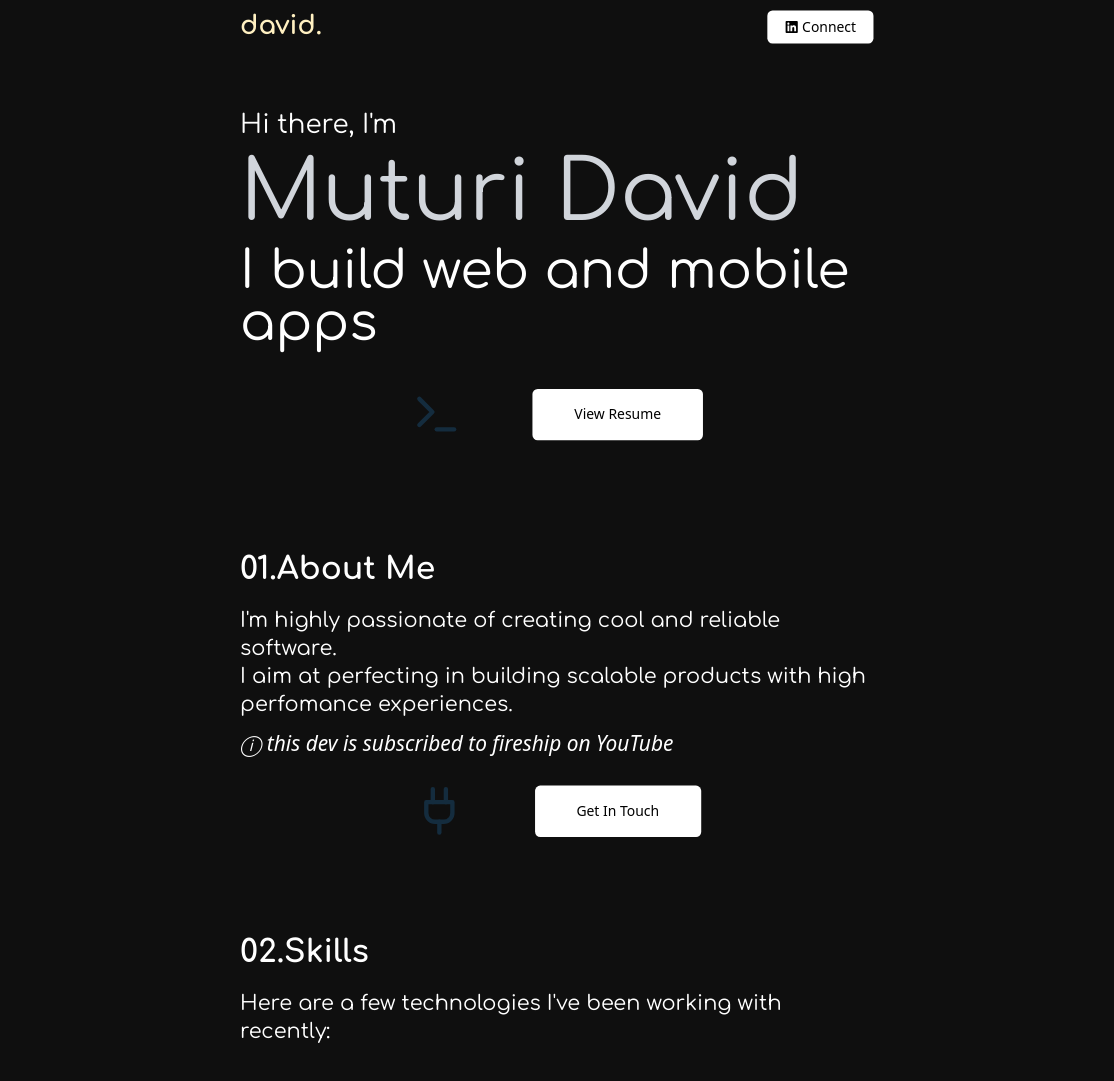
Repository: tushcmd/tushdev-portfolio
Page: /
These files come from the project's save history. The page is drawn as it stood at one moment and after the next save; the edit follows.
The browser window is 1280 px wide. The pictures show the whole page, at 87% of full size.
The project was rebuilt for these pictures with package versions that can differ from the ones it lists, and the page was loaded fresh each time. The framework's server and built-in components were replaced by stand-ins that run in the browser. Also part of the build but not shown: next.config.js.

Above is the page before, as saved 2023-12-15 05:25:48.

After the next save:
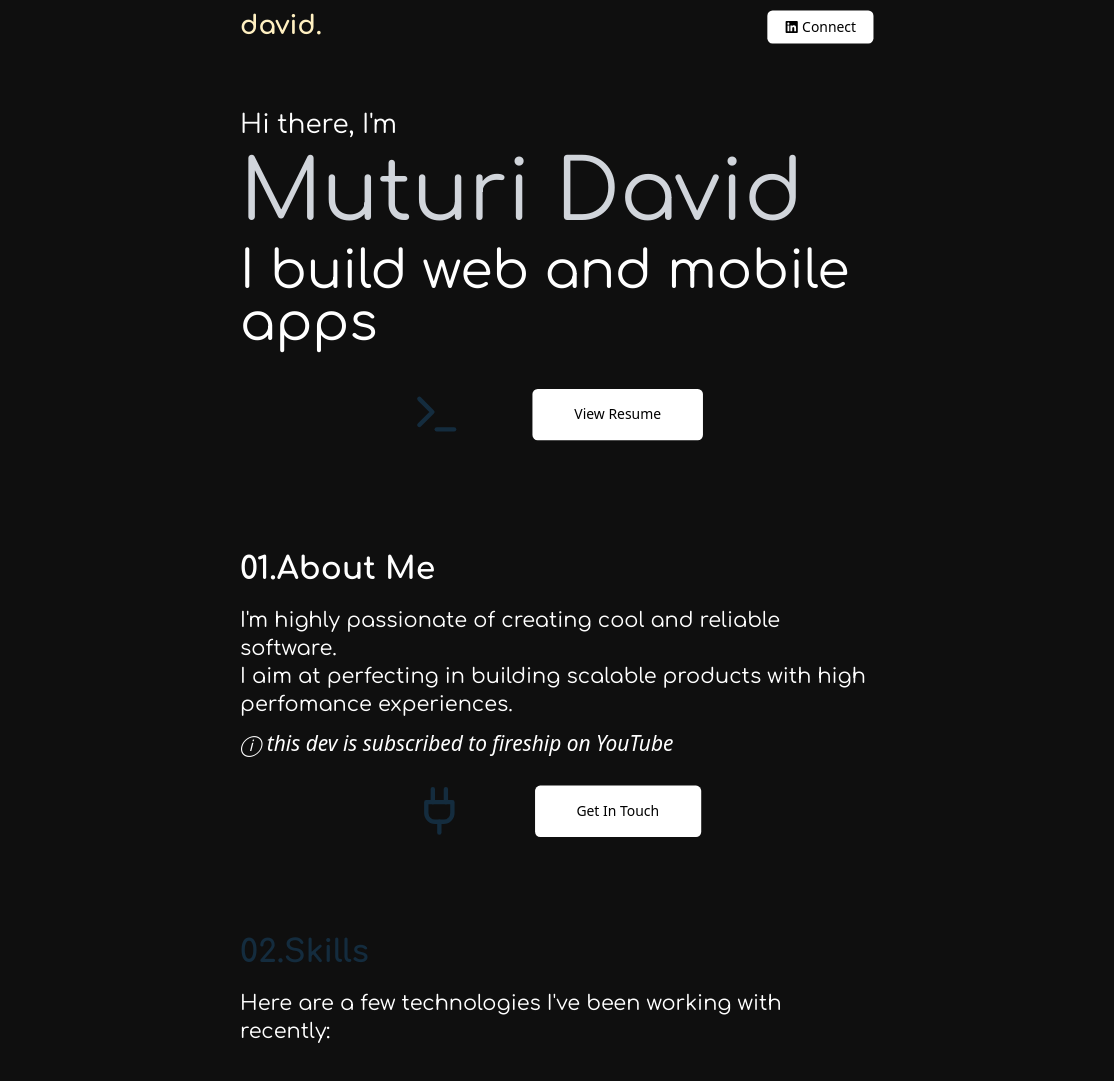
Saved 32 min 22 s later.
--- a/app/ui/skills.tsx
+++ b/app/ui/skills.tsx
@@ -5,7 +5,7 @@ export default async function About() {
     <section className='relative flex flex-col justify-center items-center pt-3'>
       <div className='flex items-start flex-col md:max-w-3xl py-10 w-full md:px-5 px-5 justify-between'>
         <h6
-          className={`${comfortaa.className} text-white font-bold text-4xl hover:border-0 hover:text-[#142c3e] pb-6`}
+          className={`${comfortaa.className} text-[#142c3e] font-bold text-4xl hover:border-0 hover:text-[#142c3e] pb-6`}
         >
           02.Skills
         </h6>
